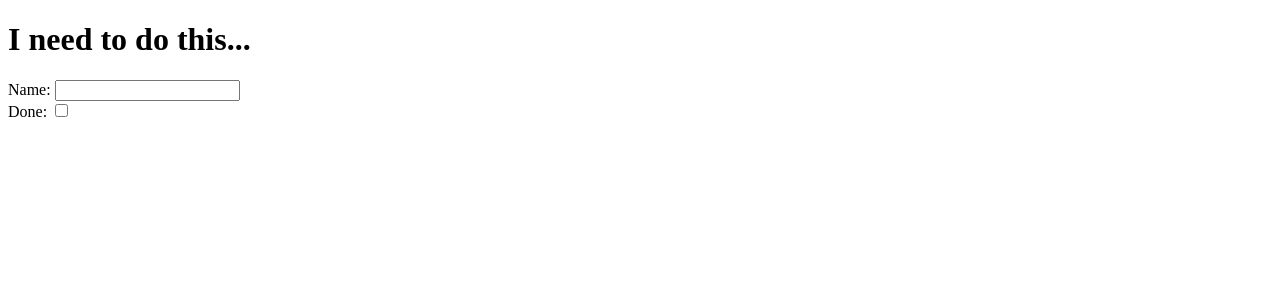
Repository: Shilldon/simple-django-todo
Page: http://localhost/add
The author's editor kept a record of every edit. The page is drawn from the files as they stood at one moment, then again after the next edit.
The browser window is 1280 px wide. The pictures show the whole page.
The page is served by the project's application, run on Django 2.2 (manage.py). Other server files are loaded and not shown.

Above is the page before.

### todo/views.py
from django.shortcuts import render, HttpResponse, redirect, get_object_or_404
from .models import Item
from .forms import ItemForm
# Create your views here.
# def say_hello(request):
#     return HttpResponse("Hello World")


def get_todo_list(request):
    results = Item.objects.all()
    return render(request,"todo_list.html",{'items':results})

def create_an_item(request):
    if request.method=="POST":
        # a post request - user is submitting the form
        form = ItemForm(request.POST,request.FILES)
        # creates a new form from ItemForm and is populated with the requests
        if form.is_valid():
            form.save()
        return redirect(get_todo_list)
        # just need to call save we do not need to define items because it knows from the original form class what fields there are

        # new_item = Item()
        # new_item.name = request.POST.get('name')
        # new_item.done = 'done' in request.POST
        # new_item.save()
    else:
        # user hasn't submitted for the page has just been rendered so return an empty form
        form = ItemForm()

    return render(request,"item_form.html", {'form':form})


def edit_an_item(request, id):
    item = get_object_or_404(Item, pk=id)
    # pk means primary key
    if request.method == "POST":
        form = ItemForm(request.POST, instance=item)
        if form.is_valid():
            form.save()
            return redirect(get_todo_list)
    else:
        form = ItemForm(instance=item)

    return render(request,"item_form.html", {'form':form})

def toggle_status(request,id):
    item = get_object_or_404(Item, pk=id)
    item.done=not item.done
    item.save()
    return redirect(get_todo_list)

### todo/templates/item_form.html
<!DOCTYPE html>
<html lang="en">
<head>
    <meta charset="UTF-8">
    <meta name="viewport" content="width=device-width, initial-scale=1.0">
    <meta http-equiv="X-UA-Compatible" content="ie=edge">
    <title>Document</title>
</head>
<body>
    <h1>I need to do this...</h1>
    <form method="POST">
        <label for="id_name">Name:</label>
        <input type="text" id="id_name" name="name"/><br>
        <label for="id_done">Done:</label>
        <input type="checkbox" id="id_done" name="done"/>
    </form>
</body>
</html>

### todo/forms.py
from django import forms
from .models import Item

class ItemForm(forms.ModelForm):
    class Meta:
        model = Item
        fields = ('name','done')

### todo/models.py
from django.db import models

# Create your models here.
class Item(models.Model):
    name = models.CharField(max_length=30,blank=False)
    done = models.BooleanField(blank=False, default=False)

    def __str__(self):
        return self.name

### django_todo/urls.py
"""django_todo URL Configuration

The `urlpatterns` list routes URLs to views. For more information please see:
    https://docs.djangoproject.com/en/1.11/topics/http/urls/
Examples:
Function views
    1. Add an import:  from my_app import views
    2. Add a URL to urlpatterns:  url(r'^$', views.home, name='home')
Class-based views
    1. Add an import:  from other_app.views import Home
    2. Add a URL to urlpatterns:  url(r'^$', Home.as_view(), name='home')
Including another URLconf
    1. Import the include() function: from django.conf.urls import url, include
    2. Add a URL to urlpatterns:  url(r'^blog/', include('blog.urls'))
"""
from django.conf.urls import url
from django.contrib import admin
# from todo.views import say_hello
from todo.views import get_todo_list, create_an_item, edit_an_item, toggle_status

urlpatterns = [
    url(r'^admin/', admin.site.urls),
    url(r'^$',get_todo_list),
    url(r'^add$',create_an_item),
    url(r'^edit/(?P<id>\d+)$',edit_an_item),
    url(r'^toggle/(?P<id>\d+)$',toggle_status)

    # ?P this is an expression coming up
    # <id> is the reference of the value passed into the expression
    #\ passing in regular rexpression - d+ is digit (d is a signle digit)

]

After the next edit:
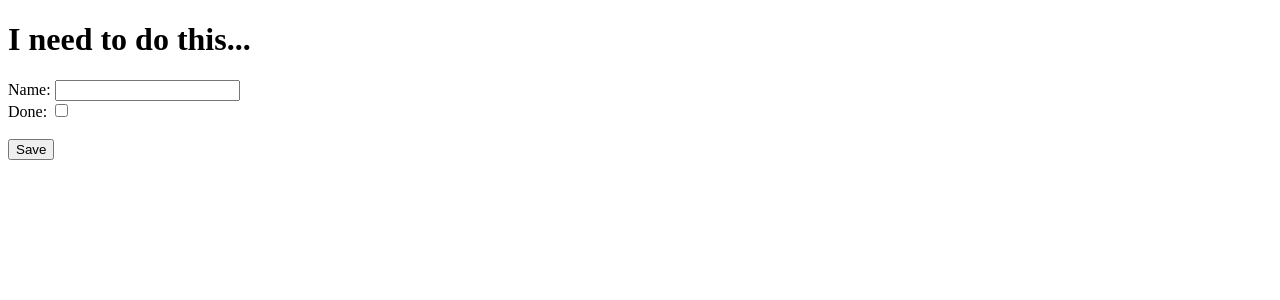
The edit:
--- a/todo/templates/item_form.html
+++ b/todo/templates/item_form.html
@@ -12,7 +12,9 @@
         <label for="id_name">Name:</label>
         <input type="text" id="id_name" name="name"/><br>
         <label for="id_done">Done:</label>
-        <input type="checkbox" id="id_done" name="done"/>
+        <input type="checkbox" id="id_done" name="done"/><br>
+        <br>
+        <button type="submit">Save</button>
     </form>
 </body>
 </html>
